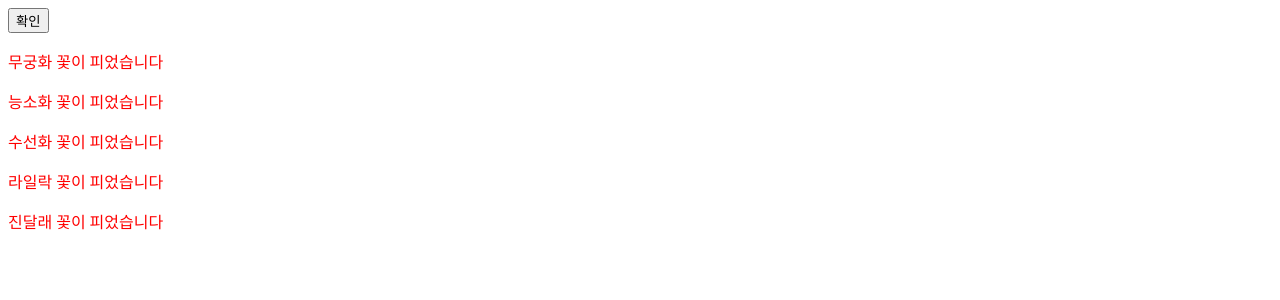
Repository: seonyeob94/BasicWeb
Page: webpro/src/main/webapp/0317/요소접근_class_tag.html
The author's editor kept a copy of each file at every save. The page is drawn from the files as they stood at one save, then again after the next save.
The browser window is 1280 px wide. The pictures show the whole page.
After loading, the first visible `input` was clicked once.

Above is the page before, as saved 2025-03-17 02:18:09.

After the next save:
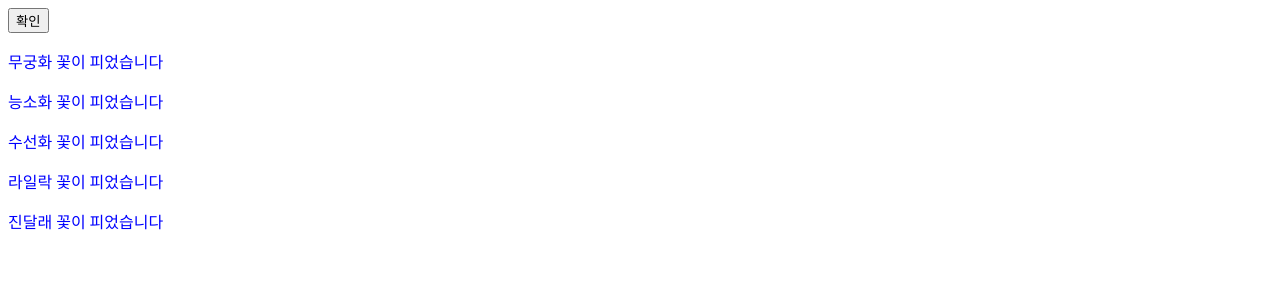
Saved 81 s later.
--- a/webpro/src/main/webapp/0317/요소접근_class_tag.html
+++ b/webpro/src/main/webapp/0317/요소접근_class_tag.html
@@ -7,17 +7,21 @@
 <script>
 const proc1 = function(){
 
-	ptag= document.getElementsByTagName('p');
+	/* ptag= document.getElementsByTagName('p');
 	console.log(ptag);
 	for(i=0;i<ptag.length;i++){
 		ptag[i].style.color = 'red';
 	}
+	*/
 
 // 	ptag = document.querySelector('p');
 // 	console.log(ptag);
 
-// 	ptag = document.querySelectorAll('p');
-// 	console.log(ptag);
+	ptag = document.querySelectorAll('p');
+	console.log(ptag);
+	for(i=0;i<ptag.length;i++){
+		ptag[i].style.color = 'blue';
+	}
 }
 </script>
 </head>
